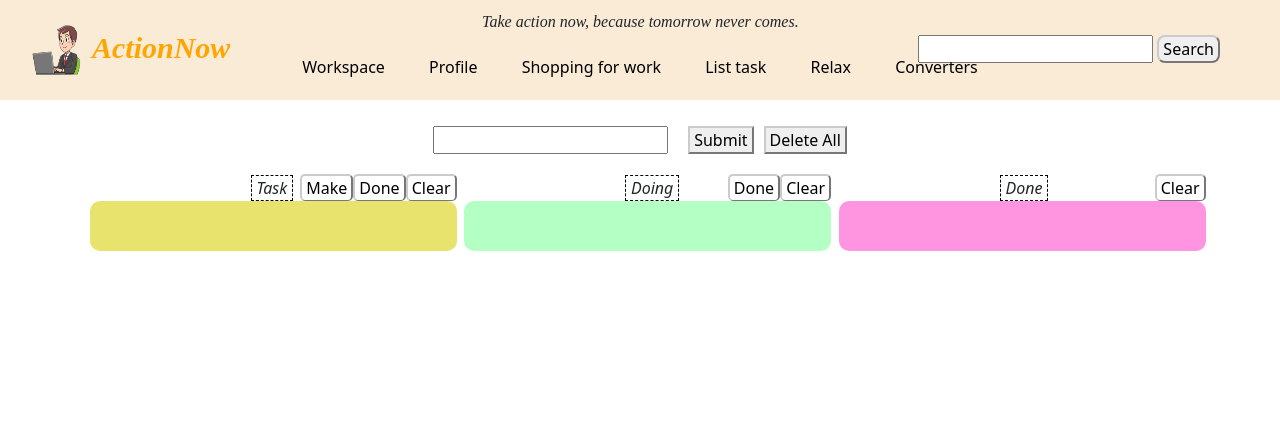
Repository: huavantinh/todo
Page: index.html
An editor plug-in stored every save of this project. The page is shown before and after the next save, followed by the edit.
The browser window is 1280 px wide. The pictures show the whole page.

Above is the page before, as saved 2023-04-18 16:50:22.

After the next save:
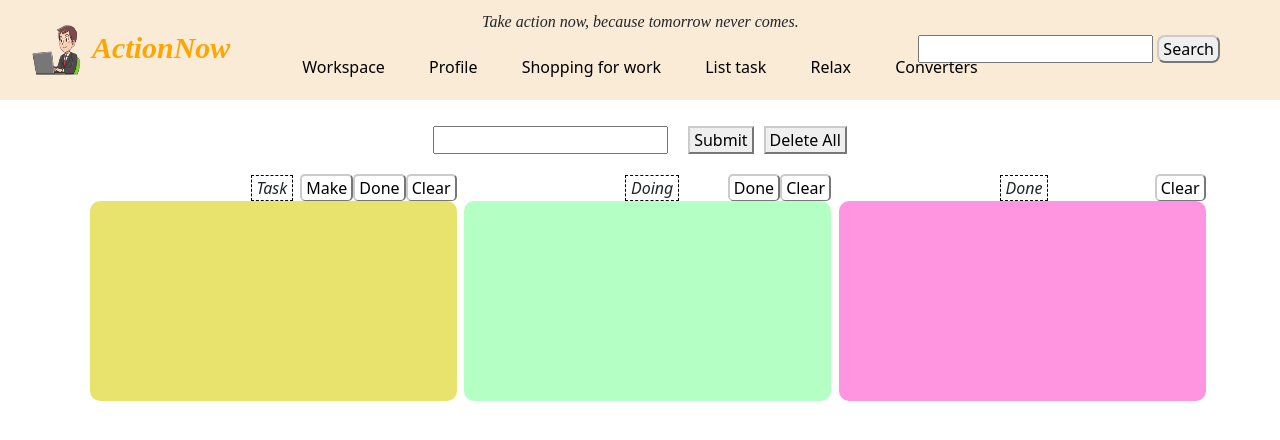
Saved 18 s later.
--- a/css/style.css
+++ b/css/style.css
@@ -204,7 +204,7 @@
         float: left;
         width: calc(1116px / 3 - 5px );
         height: auto;
-        min-height: 50px;
+        min-height: 200px;
         justify-content: center;
         background-color: rgb(231, 227, 108);
         border-radius: 10px;
